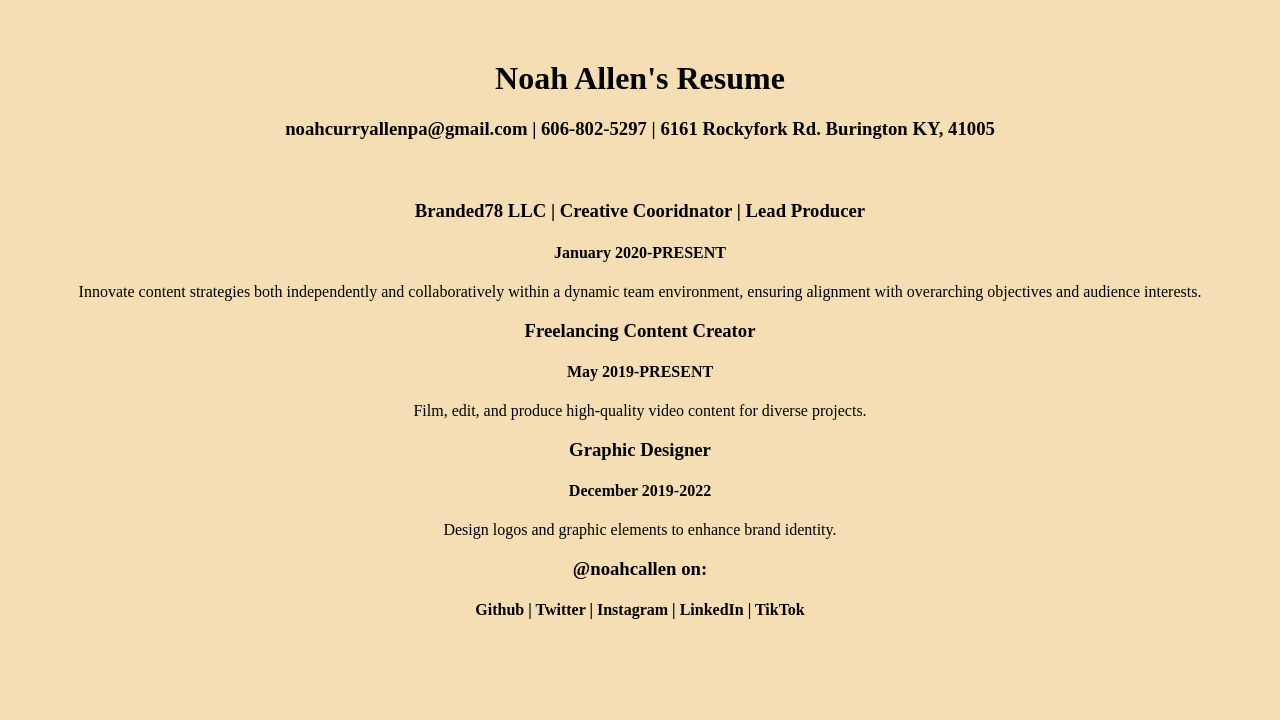
Repository: noahcallen/LAB-HTML-Resume
Page: index.html
These files come from the project's save history. The page is drawn as it stood at one moment and after the next save; the edit follows.
The browser window is 1280 px wide. The pictures show the whole page.

Above is the page before, as saved 2024-07-08 21:41:11.

After the next save:
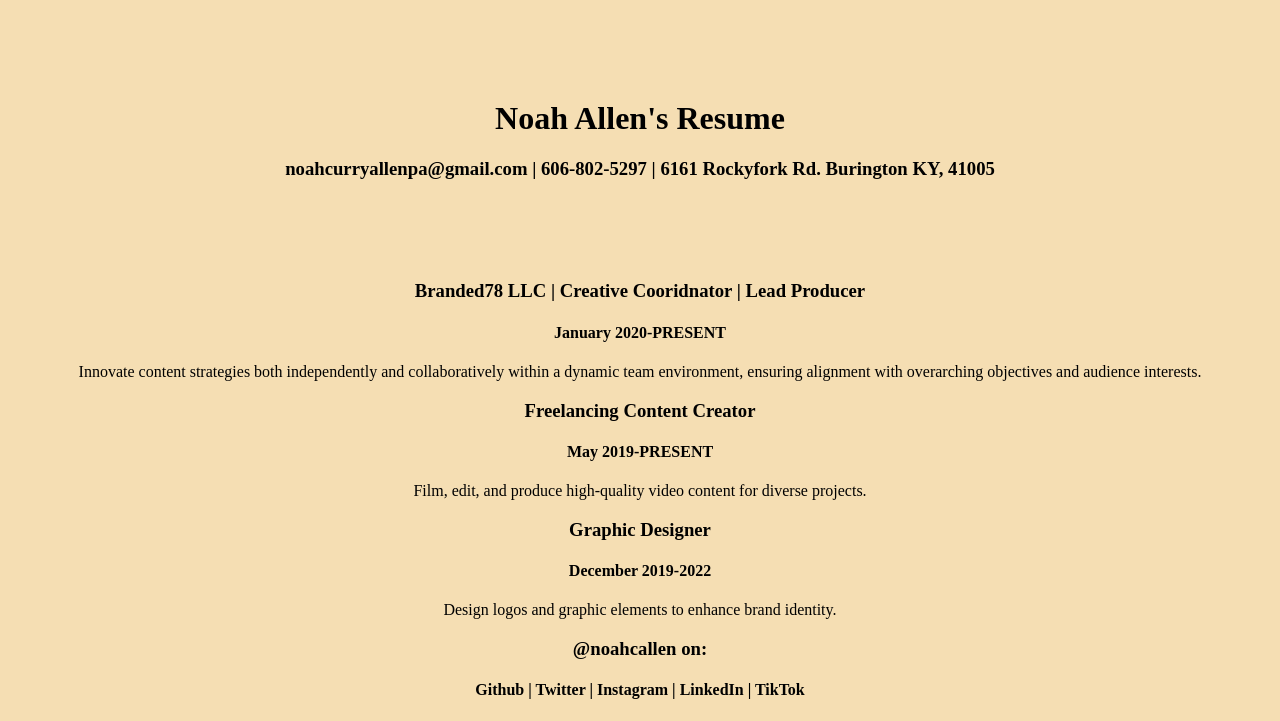
Saved 13 s later.
--- a/main.css
+++ b/main.css
@@ -4,5 +4,5 @@
 }
 
 .HEADER {
-  margin: 60px 0px 60px 0px;
+  margin: 100px 0px 100px 0px;
 }
